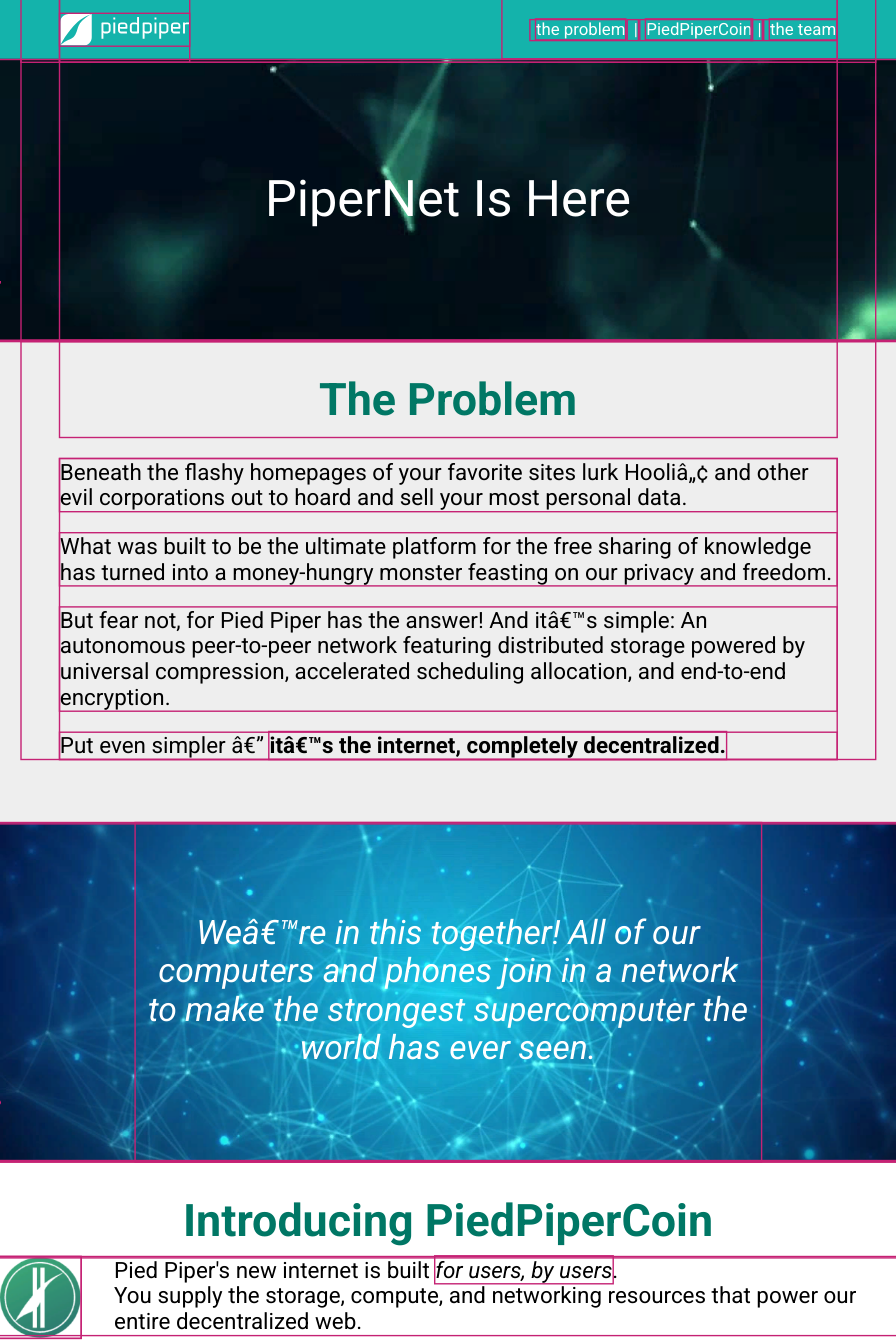
Repository: armus503/Pip_Piper
Page: Pip_Piper.html
The author's editor kept a copy of each file at every save. The page is drawn from the files as they stood at one save, then again after the next save.
The browser window is 1280 px wide. The pictures show the part of the page from y = 0 to 1920 px (the page is 3234 px tall), at 70% of full size.

Above is the page before, as saved 2021-07-20 23:27:16.

### Pip_Piper.html
<!DOCTYPE html>
<html lang="en">

<head>
    <link rel="preconnect" href="https://fonts.gstatic.com">
    <link href="https://fonts.googleapis.com/css2?family=Roboto:ital,wght@0,100;0,300;0,400;0,500;0,700;0,900;1,100;1,300;1,400;1,500;1,700;1,900&display=swap" rel="stylesheet">
    <link href="Pip_Piper.css" rel="stylesheet" type="text/css">
    <meta charset: "utf-8">
    <title>PiperNet Is Here</title>
</head>

<body>
    <header class="header">
        <div class="main-content">
            <nav class="header-nav">
                <a class="header__logo" href=""><img src="logo.svg" alt="PiperNet Is Here"></a>
                <ul class="header__list">
                    <li class="header__item">
                        <a href="#anchor-the_Problem" class="header__active">the problem</a>
                    </li>
                    <li class="header__item">|</li>
                    <li class="header__item">
                        <a href="#anchor-pied_Piper_Coin" class="header__active">PiedPiperCoin</a>
                        <li class="header__item">|</li>
                        <li class="header__item">
                            <a href="#anchor-the_Team" class="header__active">the team</a>
                        </li>
                    </li>
                </ul>
            </nav>
        </div>
    </header>
    <main class="main">
        <section id="anchor-logo" class="jumbotron">
            <div class="main-content">
                <div class="text-jumbotron">PiperNet Is Here</div>
            </div>
        </section>
        <div class="anchor">
            <a id="anchor-the_Problem" class="anchor__link"></a>
        </div>
        <section class="the_Problem">
            <div class="main-content">
                <h2 class="title-the_Problem">The Problem</h2>
                <div class="text-the_Problem">
                    <p>Beneath the flashy homepages of your favorite sites lurk Hooli™ and other evil corporations out to hoard and sell your most personal data.</p>
                    <p>What was built to be the ultimate platform for the free sharing of knowledge has turned into a money-hungry monster feasting on our privacy and freedom.</p>
                    <p>But fear not, for Pied Piper has the answer! And it’s simple: An autonomous peer-to-peer network featuring distributed storage powered by universal compression, accelerated scheduling allocation, and end-to-end encryption.</p>
                    <p>Put even simpler — <strong>it’s the internet, completely decentralized.</strong></p>
                </div>
            </div>
        </section>
        <section class="hero">

            <div class="text-hero">We’re in this together! All of our</br> computers and phones join in a network</br> to make the strongest supercomputer the world has ever seen.</div>

        </section>
        <div class="anchor">
            <a id="anchor-pied_Piper_Coin" class="anchor__link"></a>
        </div>
        <section class="pied_Piper_Coin">

            <h2 class="title-pied_Piper_Coin">Introducing PiedPiperCoin</h2>
            <a href="#anchor-logo" class="pied_Piper_Coin__logo__link">
                <img src="PPC Logo.png" class="pied_Piper_Coin__logo__img" alt="PPC Logo">
            </a>
            <div class="paragraph_1-pied_Piper_Coin">Pied Piper's new internet is built <i>for users, by users</i>.</br> You supply the storage, compute, and networking resources that power our entire decentralized web.</div>
            <div class="paragraph_2-pied_Piper_Coin">
                <p>Now there's a way to give credit where credit is due. Compute credit, that is! The more you share your device resources, the more PiedPiperCoin you receive.</p>
                <p>Whether you're a developer with an app ready for market, or just an Average Joe with a smartphone you'll love all you can do with PiedPiperCoin.</p>
            </div>

        </section>
        <div class="anchor">
            <a id="anchor-the_Team" class="anchor__link"></a>
        </div>
        <section class="the_Team">

            <h2 class="the_Team__header">The Team</h2>
            <div class="block-card-the_Team">
                <div class="card-the_Team__Richard_Hendrics card-the_Team">
                    <div class="card-the_Team__icon">
                        <img src="Richard_Hendrics.png">
                    </div>
                    <div class="card-the_Team__name">Richard Hendricks</div>
                    <div class="card-the_Team__post">Founder & CEO</div>
                </div>
                <div class="card-the_Team__Dinesh_Chugtai card-the_Team">
                    <div class="card-the_Team__icon">
                        <img src="Dinesh_Chugtai.png">
                    </div>
                    <div class="card-the_Team__name">Dinesh Chugtai</div>
                    <div class="card-the_Team__post">Senior Programmer</div>
                </div>
                <div class="card-the_Team__Bertram_Gilfoyle card-the_Team">
                    <div class="card-the_Team__icon">
                        <img src="Bertram_Gilfoyle.png">
                    </div>
                    <div class="card-the_Team__name">Bertram Gilfoyle</div>
                    <div class="card-the_Team__post">Chief Systems Architect</div>
                </div>
                <div class="card-the_Team__Jared_Dunn card-the_Team">
                    <div class="card-the_Team__icon">
                        <img src="Jared_Dunn.png">
                    </div>
                    <div class="card-the_Team__name">Jared Dunn</div>
                    <div class="card-the_Team__post">Chief Operating Officer</div>
                </div>
                <div class="card-the_Team__Monica_Hall card-the_Team">
                    <div class="card-the_Team__icon">
                        <img src="Monica_Hall.png">
                    </div>
                    <div class="card-the_Team__name">Monica Hall</div>
                    <div class="card-the_Team__post">Chief Financial Officer</div>
                </div>
                <div class="card-the_Team__Nelson_Bighetti card-the_Team">
                    <div class="card-the_Team__icon">
                        <img src="Nelson_Bighetti.png">
                    </div>
                    <div class="card-the_Team__name">Nelson Bighetti</div>
                    <div class="card-the_Team__post">Majority Investor</div>
                </div>
            </div>

        </section>
        </div>
    </main>
    <footer class="footer">
        <div class="main-content">
            <div class="text-footer">All other trademarks and copyrights are the property of their respective owners. Use of these names, trademarks and brands does not imply endorsement.</div>
        </div>
    </footer>
    </div>
</body>

### Pip_Piper.css
/*! normalize.css v8.0.1 | MIT License | github.com/necolas/normalize.css */


/* Document
   ========================================================================== */


/**
 * 1. Correct the line height in all browsers.
 * 2. Prevent adjustments of font size after orientation changes in iOS.
 */

html {
    line-height: 1.15;
    /* 1 */
    -webkit-text-size-adjust: 100%;
    /* 2 */
}


/* Sections
     ========================================================================== */


/**
   * Remove the margin in all browsers.
   */

body {
    margin: 0;
}


/**
   * Render the `main` element consistently in IE.
   */

main {
    display: block;
}


/**
   * Correct the font size and margin on `h1` elements within `section` and
   * `article` contexts in Chrome, Firefox, and Safari.
   */

h1 {
    font-size: 2em;
    margin: 0.67em 0;
}


/* Grouping content
     ========================================================================== */


/**
   * 1. Add the correct box sizing in Firefox.
   * 2. Show the overflow in Edge and IE.
   */

hr {
    box-sizing: content-box;
    /* 1 */
    height: 0;
    /* 1 */
    overflow: visible;
    /* 2 */
}


/**
   * 1. Correct the inheritance and scaling of font size in all browsers.
   * 2. Correct the odd `em` font sizing in all browsers.
   */

pre {
    font-family: monospace, monospace;
    /* 1 */
    font-size: 1em;
    /* 2 */
}


/* Text-level semantics
     ========================================================================== */


/**
   * Remove the gray background on active links in IE 10.
   */

a {
    background-color: transparent;
}


/**
   * 1. Remove the bottom border in Chrome 57-
   * 2. Add the correct text decoration in Chrome, Edge, IE, Opera, and Safari.
   */

abbr[title] {
    border-bottom: none;
    /* 1 */
    text-decoration: underline;
    /* 2 */
    text-decoration: underline dotted;
    /* 2 */
}


/**
   * Add the correct font weight in Chrome, Edge, and Safari.
   */

b,
strong {
    font-weight: bolder;
}


/**
   * 1. Correct the inheritance and scaling of font size in all browsers.
   * 2. Correct the odd `em` font sizing in all browsers.
   */

code,
kbd,
samp {
    font-family: monospace, monospace;
    /* 1 */
    font-size: 1em;
    /* 2 */
}


/**
   * Add the correct font size in all browsers.
   */

small {
    font-size: 80%;
}


/**
   * Prevent `sub` and `sup` elements from affecting the line height in
   * all browsers.
   */

sub,
sup {
    font-size: 75%;
    line-height: 0;
    position: relative;
    vertical-align: baseline;
}

sub {
    bottom: -0.25em;
}

sup {
    top: -0.5em;
}


/* Embedded content
     ========================================================================== */


/**
   * Remove the border on images inside links in IE 10.
   */

img {
    border-style: none;
}


/* Forms
     ========================================================================== */


/**
   * 1. Change the font styles in all browsers.
   * 2. Remove the margin in Firefox and Safari.
   */

button,
input,
optgroup,
select,
textarea {
    font-family: inherit;
    /* 1 */
    font-size: 100%;
    /* 1 */
    line-height: 1.15;
    /* 1 */
    margin: 0;
    /* 2 */
}


/**
   * Show the overflow in IE.
   * 1. Show the overflow in Edge.
   */

button,
input {
    /* 1 */
    overflow: visible;
}


/**
   * Remove the inheritance of text transform in Edge, Firefox, and IE.
   * 1. Remove the inheritance of text transform in Firefox.
   */

button,
select {
    /* 1 */
    text-transform: none;
}


/**
   * Correct the inability to style clickable types in iOS and Safari.
   */

button,
[type="button"],
[type="reset"],
[type="submit"] {
    -webkit-appearance: button;
}


/**
   * Remove the inner border and padding in Firefox.
   */

button::-moz-focus-inner,
[type="button"]::-moz-focus-inner,
[type="reset"]::-moz-focus-inner,
[type="submit"]::-moz-focus-inner {
    border-style: none;
    padding: 0;
}


/**
   * Restore the focus styles unset by the previous rule.
   */

button:-moz-focusring,
[type="button"]:-moz-focusring,
[type="reset"]:-moz-focusring,
[type="submit"]:-moz-focusring {
    outline: 1px dotted ButtonText;
}


/**
   * Correct the padding in Firefox.
   */

fieldset {
    padding: 0.35em 0.75em 0.625em;
}


/**
   * 1. Correct the text wrapping in Edge and IE.
   * 2. Correct the color inheritance from `fieldset` elements in IE.
   * 3. Remove the padding so developers are not caught out when they zero out
   *    `fieldset` elements in all browsers.
   */

legend {
    box-sizing: border-box;
    /* 1 */
    color: inherit;
    /* 2 */
    display: table;
    /* 1 */
    max-width: 100%;
    /* 1 */
    padding: 0;
    /* 3 */
    white-space: normal;
    /* 1 */
}


/**
   * Add the correct vertical alignment in Chrome, Firefox, and Opera.
   */

progress {
    vertical-align: baseline;
}


/**
   * Remove the default vertical scrollbar in IE 10+.
   */

textarea {
    overflow: auto;
}


/**
   * 1. Add the correct box sizing in IE 10.
   * 2. Remove the padding in IE 10.
   */

[type="checkbox"],
[type="radio"] {
    box-sizing: border-box;
    /* 1 */
    padding: 0;
    /* 2 */
}


/**
   * Correct the cursor style of increment and decrement buttons in Chrome.
   */

[type="number"]::-webkit-inner-spin-button,
[type="number"]::-webkit-outer-spin-button {
    height: auto;
}


/**
   * 1. Correct the odd appearance in Chrome and Safari.
   * 2. Correct the outline style in Safari.
   */

[type="search"] {
    -webkit-appearance: textfield;
    /* 1 */
    outline-offset: -2px;
    /* 2 */
}


/**
   * Remove the inner padding in Chrome and Safari on macOS.
   */

[type="search"]::-webkit-search-decoration {
    -webkit-appearance: none;
}


/**
   * 1. Correct the inability to style clickable types in iOS and Safari.
   * 2. Change font properties to `inherit` in Safari.
   */

::-webkit-file-upload-button {
    -webkit-appearance: button;
    /* 1 */
    font: inherit;
    /* 2 */
}


/* Interactive
     ========================================================================== */


/*
   * Add the correct display in Edge, IE 10+, and Firefox.
   */

details {
    display: block;
}


/*
   * Add the correct display in all browsers.
   */

summary {
    display: list-item;
}


/* Misc
     ========================================================================== */


/**
   * Add the correct display in IE 10+.
   */

template {
    display: none;
}


/**
   * Add the correct display in IE 10.
   */

[hidden] {
    display: none;
}


/*My styles*/

.body {
    font-family: 'Roboto', sans-serif;
    font-size: 32px;
    line-height: 1.2;
    font-weight: regular;
    color: #000000;
    background-size: cover;
    background-position: center center;
    box-sizing: border-box;
    margin: 0, auto;
    width: 100%;
}

.main {
    background-size: cover;
    background-position: center center;
    margin: 0, auto;
    box-sizing: border-box;
    width: 100%;
}

.main-content {
    width: 1219px;
    padding-left: 55px;
    padding-right: 55px;
    background-size: cover;
    background-position: center center;
    margin: auto;
    box-sizing: border-box;
}

.anchor {
    position: relative;
}

.anchor__link {
    position: absolute;
    display: block;
    top: -84px;
}


/*header styles start*/

.header {
    font-family: 'Roboto', sans-serif;
    background-color: #14b3ab;
    position: fixed;
    height: 84px;
    width: 100%;
    font-style: medium;
}

.header__logo {
    display: inline-block;
    padding-top: 20px;
    padding-bottom: 19px;
    margin: 0, auto;
}

.header-nav {
    display: inline-block;
    width: 1109px;
}

.header__list {
    display: inline-block;
    float: right;
    padding-top: 29px;
    padding-bottom: 26px;
    margin: 0;
}

.header__item {
    list-style-type: none;
    display: inline-block;
    font-size: 24px;
    color: white;
    font-weight: medium;
    padding-left: 8px;
}

.header__active {
    text-decoration: none;
    color: white;
    font-weight: medium;
}


/*header styles end*/


/*section jumbotron styles start*/

.jumbotron {
    background-image: url("image(1).png");
    /*background-size: cover;
    background-position: center;*/
    margin: 0, auto;
    box-sizing: border-box;
    font-family: 'Roboto', sans-serif;
    width: 100%;
}

.text-jumbotron {
    color: #ffffff;
    font-weight: medium;
    font-size: 72px;
    text-align: center;
    padding-top: 244px;
    padding-bottom: 160px;
    max-width: 1219px;
}


/*section jumbotron styles end*/


/*div the problem styles start*/

.the_Problem {
    font-family: 'Roboto', sans-serif;
    background-color: #eeeeee;
    box-sizing: border-box;
    background-size: cover;
    background-position: center center;
    padding-bottom: 1px;
    margin: auto;
}

.title-the_Problem {
    font-weight: medium;
    font-size: 64px;
    color: #007765;
    text-align: center;
    padding: 48px 0px 16px 0px;
    margin: auto;
}

.text-the_Problem {
    font-weight: regular;
    font-size: 32px;
    color: #000000;
    margin-bottom: 91px;
}


/*div the problem styles end*/


/*div hero styles start*/

.hero {
    font-family: 'Roboto', sans-serif;
    background-image: url("image.png");
    background-size: cover;
    background-position: center center;
    margin: 0, auto;
    max-width: 100%;
    box-sizing: border-box;
}

.text-hero {
    font-weight: medium;
    font-style: italic;
    font-size: 48px;
    color: #ffffff;
    text-align: center;
    width: 893px;
    height: 228px;
    padding-top: 128px;
    padding-bottom: 127px;
    margin: auto;
}


/*div hero styles end*/


/*div ppc styles start*/

.pied_Piper_Coin {
    font-family: 'Roboto', sans-serif;
    background-size: cover;
    background-position: center center;
    margin: auto;
}

.title-pied_Piper_Coin {
    font-weight: medium;
    font-size: 64px;
    color: #007765;
    text-align: center;
    padding: 48px 0px 16px 0px;
    margin: auto;
}

.paragraph_1-pied_Piper_Coin {
    font-weight: regular;
    font-size: 32px;
    color: #000000;
    text-align: left;
    margin-bottom: 40px;
}

.paragraph_2-pied_Piper_Coin {
    font-weight: regular;
    font-size: 32px;
    color: #000000;
    text-align: left;
    margin-bottom: 92px;
}

.pied_Piper_Coin__logo__img {
    float: left;
    margin-right: 48px;
    margin-bottom: 33px;
    width: 115px;
    height: 115px;
}


/*div ppc styles end*/


/*div theTeam styles start*/

.the_Team {
    background-size: cover;
    background-position: center center;
    box-sizing: border-box;
    font-family: 'Roboto', sans-serif;
    background-color: #eeeeee;
    padding-bottom: 1px;
    margin: auto;
}

.the_Team__header {
    font-weight: medium;
    font-size: 64px;
    color: #007765;
    text-align: center;
    padding: 48px 0px 32px 0px;
    margin-bottom: 32px;
    margin: auto;
}

.card-the_Team {
    display: inline-block;
    padding-bottom: 28px;
    margin: 0, auto;
    box-sizing: border-box;
}

.card-the_Team__Richard_Hendrics,
.card-the_Team__Dinesh_Chugtai {
    display: inline-block;
    margin-bottom: 30px;
    margin-right: 25px;
}

.card-the_Team__Bertram_Gilfoyle {
    display: inline-block;
    margin-bottom: 30px;
}

.card-the_Team__Jared_Dunn,
.card-the_Team__Monica_Hall {
    display: inline-block;
    margin-right: 25px;
}

.card-the_Team__Nelson_Bighetti {
    display: inline-block;
}

.card-the_Team__icon {
    width: 168px;
    height: 168px;
    margin: auto;
    padding: 24px 91px 14px 91px;
}

.card-the_Team__name {
    font-weight: bold;
    font-size: 24px;
    color: #007765;
    text-align: center;
}

.card-the_Team__post {
    font-style: italic;
    font-size: 18px;
    color: #000000;
    text-align: center;
    margin: 0px;
}

.block-card-the_Team {
    margin-bottom: 93px;
}


/*div the_team styles end*/


/*footer styles start*/

.footer {
    font-family: 'Roboto', sans-serif;
    background-size: cover;
    background-position: center center;
    background-color: #333333;
    margin: 0, auto;
    padding-top: 50px;
    padding-bottom: 1px;
    box-sizing: border-box;
    width: 100%;
}

.text-footer {
    font-weight: regular;
    font-size: 18px;
    color: #ffffff;
    text-align: center;
    max-width: 540px;
    margin: auto;
    margin-bottom: 61px;
}


/*footer styles end*/

* {
    outline: 2px solid rgb(197, 34, 116);
}

After the next save:
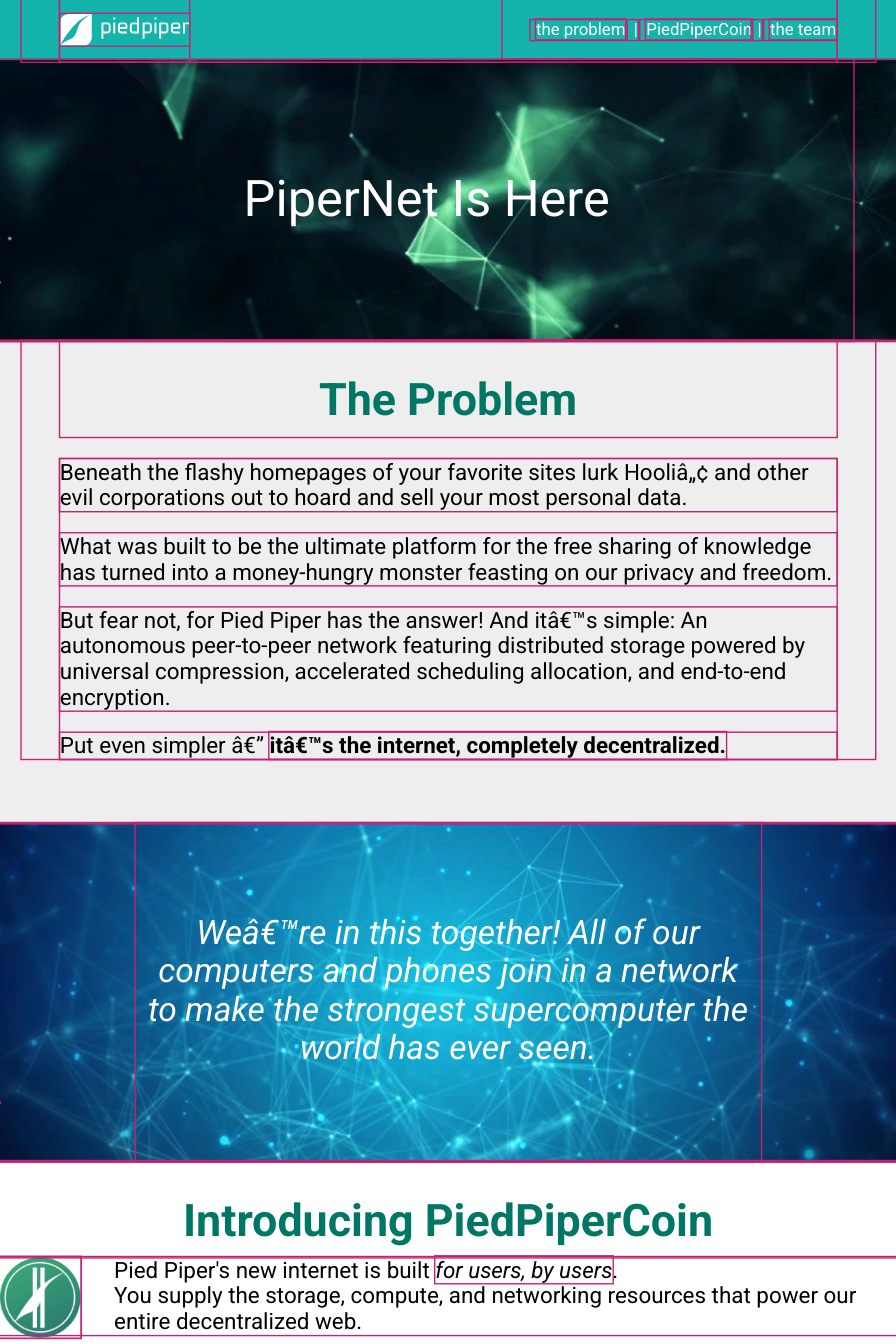
Saved 117 s later.
--- a/Pip_Piper.html
+++ b/Pip_Piper.html
@@ -32,9 +32,9 @@
     </header>
     <main class="main">
         <section id="anchor-logo" class="jumbotron">
-            <div class="main-content">
-                <div class="text-jumbotron">PiperNet Is Here</div>
-            </div>
+
+            <div class="text-jumbotron">PiperNet Is Here</div>
+
         </section>
         <div class="anchor">
             <a id="anchor-the_Problem" class="anchor__link"></a>
--- a/Pip_Piper.css
+++ b/Pip_Piper.css
@@ -517,8 +517,8 @@
 
 .jumbotron {
     background-image: url("image(1).png");
-    /*background-size: cover;
-    background-position: center;*/
+    background-size: cover;
+    background-position: center;
     margin: 0, auto;
     box-sizing: border-box;
     font-family: 'Roboto', sans-serif;
